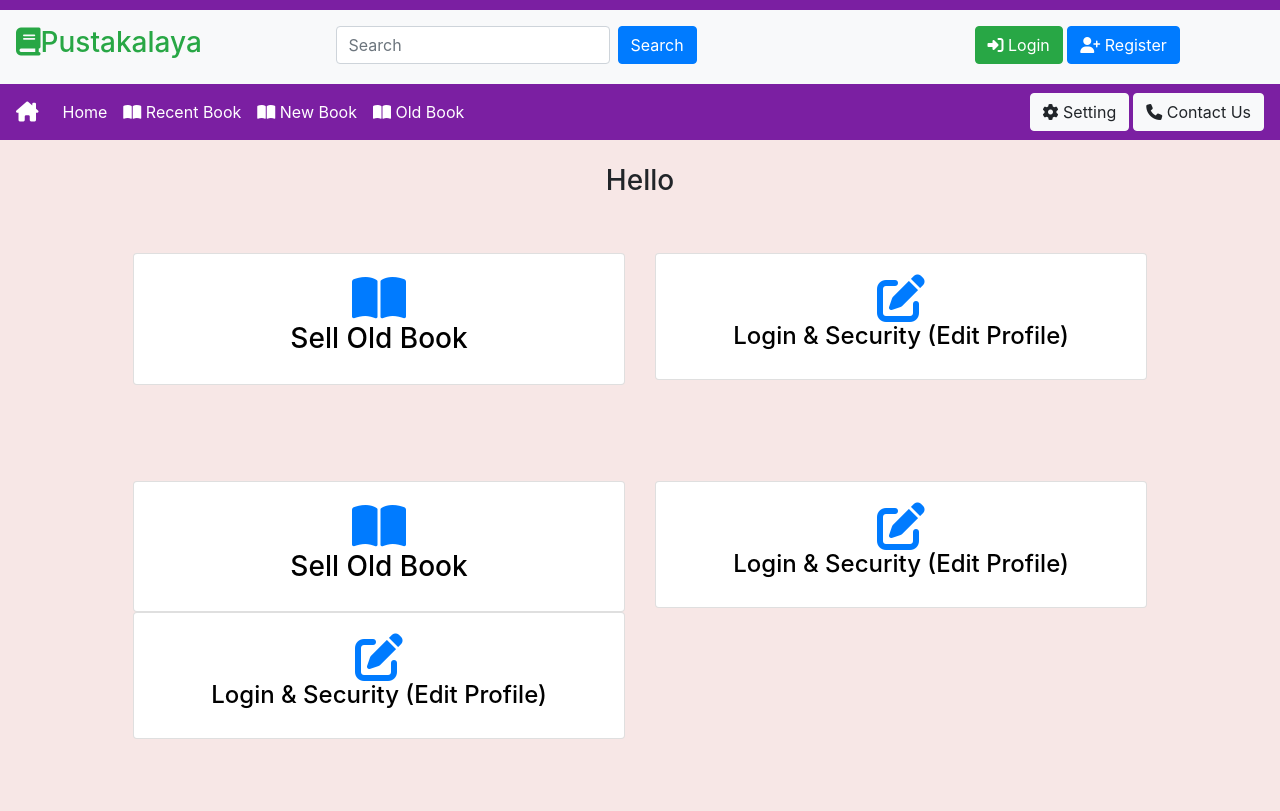
Repository: kalaprabhakar/Pustakalay_Web_Application
Page: http://localhost/E_Book_Management/setting.jsp
The author's editor kept a copy of each file at every save. The page is drawn from the files as they stood at one save, then again after the next save.
The browser window is 1280 px wide. The pictures show the whole page.
Some web libraries are served in a nearby version. The page is served by Tomcat 10.

Above is the page before, as saved 2024-02-28 13:43:47.

After the next save:
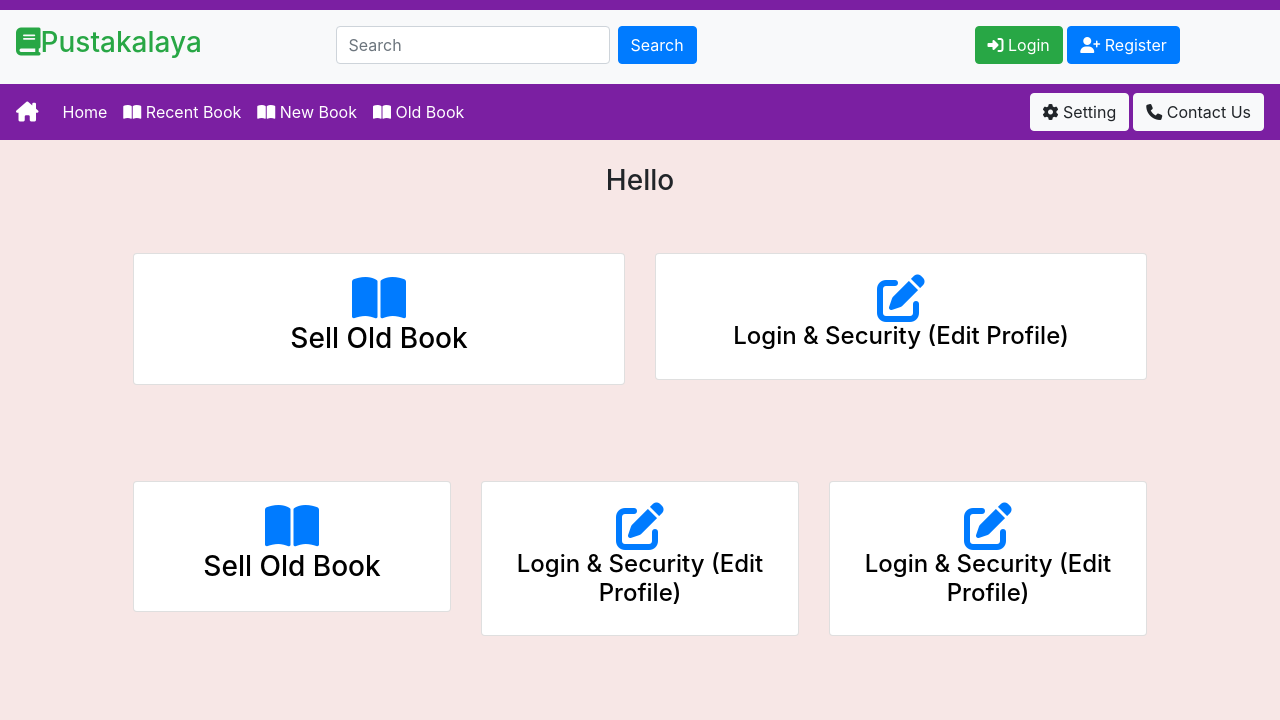
Saved 82 s later.
--- a/E_Book_Management/src/main/webapp/setting.jsp
+++ b/E_Book_Management/src/main/webapp/setting.jsp
@@ -61,7 +61,7 @@ a:hover {
 
 		<div class="row p-5">
 
-			<div class="col-md-6">
+			<div class="col-md-4">
 
 				<a href="#">
 					<div class="card">
@@ -76,7 +76,7 @@ a:hover {
 
 			</div>
 
-			<div class="col-md-6">
+			<div class="col-md-4">
 
 				<a href="#">
 					<div class="card">
@@ -90,7 +90,7 @@ a:hover {
 
 
 			</div>
-			<div class="col-md-6">
+			<div class="col-md-4">
 
 				<a href="#">
 					<div class="card">
